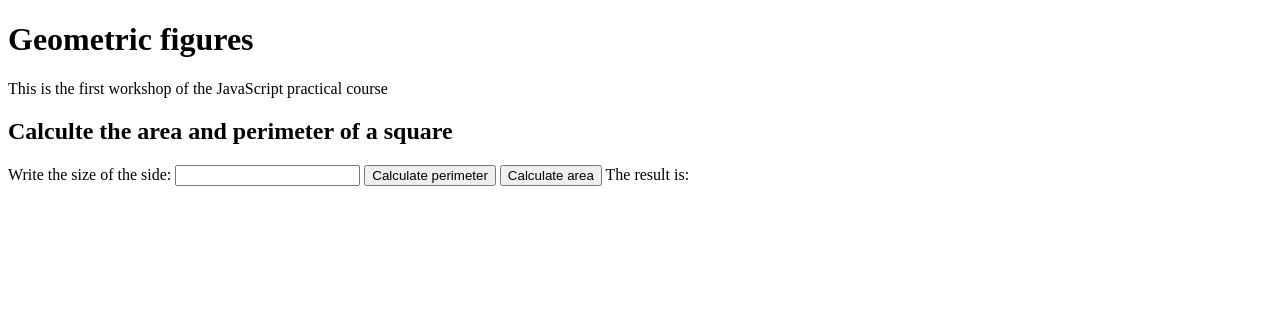
Repository: jangabe/curso-practico-javascript
Page: figures.html
The author's editor kept a copy of each file at every save. The page is drawn from the files as they stood at one save, then again after the next save.
The browser window is 1280 px wide. The pictures show the whole page.

Above is the page before, as saved 2022-06-13 20:45:51.

### figures.html
<!DOCTYPE html>
<html lang="en">
<head>
    <meta charset="UTF-8">
    <meta name="viewport" content="width=device-width, initial-scale=1.0">
    <title>Geometric figures</title>
</head>
<body>
    <header>
        <h1>Geometric figures</h1>
        <p>This is the first workshop of the JavaScript practical course</p>
    </header>
    <section>
        <h2>Calculte the area and perimeter of a square</h2>
        <form action="">
            <label for="SquareInput">Write the size of the side:</label>
            <input id="SquareInput" type="number">
            <button type="button" onclick="calculatePerimeter()">Calculate perimeter</button>
            <button type="button" onclick="calculateArea()">Calculate area</button>
            <label for="">The result is: </label> <output id="result"></output>
        </form>
    </section>

    <script src="./figures.js"></script>
</body>
</html>

### figures.js
//Code for the square
console.group("square");
//const squareSide = 5;
//console.log('The sides of the square measure: '+ squareSide);

function squarePerimeter(side){
    return side * 4;
}

//console.log('The perimeter of the square is: '+ squarePerimeter(4) +"cm");

function squareArea(side){
    return side * side;
}

//console.log('The area of the square is: '+ squareArea(5)+"cm^2");

console.groupEnd();

//Code for the triangle
/* console.group("triangle");
const triangleSide1 = 6;
const triangleSide2 = 6;
const triangleBase = 4;
console.log('The sides of the triangle measure: '+ triangleSide1+"cm, "+triangleSide2+"cm, "+triangleBase+"cm"); */


function trianglePerimeter(side1, side2, base){
    return side1 + side2 + base;
}
//console.log('The perimeter of the triangle is: '+ trianglePerimeter +"cm");

//const triangleHeight = 5.5;
//console.log('The height of the triangle is: '+triangleHeight+"cm");

function triangleArea(base, height){
    return (base * height)/2;
}
//console.log('The area of the square is: '+ triangleArea+"cm^2");
console.groupEnd();

//Code for the circle
/* console.group("circle");
const circleRadius = 4;
console.log('The radius of the circle measure: '+ circleRadius); */

//const PI = 3.1415;
const PI = Math.PI;
//console.log('The PI value is: '+PI);

function circleDiameter(radius){
    return radius * 2;
}
//console.log('The diameter of the circle is: '+ circleDiameter +"cm");

function circlePerimeter(radius){
    const diameter = circleDiameter(radius);
    return diameter * PI;
}
//console.log('The perimeter of the circle is: '+ circlePerimeter +"cm");

function circleArea(radius){
    return (radius * radius) * PI;
}
//console.log('The area of the circle is: '+ circleArea+"cm^2");

console.groupEnd();


function calculatePerimeterSquare(){
    const SquareInputValue = document.getElementById("SquareInput").value;
    const result = document.getElementById("ResultSquare");
    result.value = squarePerimeter(SquareInputValue);
}

function calculateAreaSquare(){
    const SquareInputValue = document.getElementById("SquareInput").value;
    const result = document.getElementById("ResultSquare");
    result.value = squareArea(SquareInputValue);
}

After the next save:
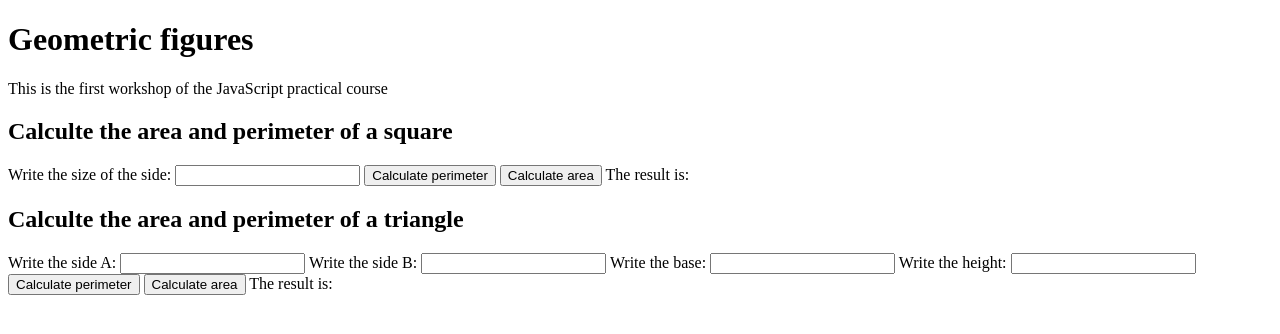
Saved 13 s later.
--- a/figures.html
+++ b/figures.html
@@ -15,6 +15,23 @@
         <form action="">
             <label for="SquareInput">Write the size of the side:</label>
             <input id="SquareInput" type="number">
+            <button type="button" onclick="calculatePerimeterSquare()">Calculate perimeter</button>
+            <button type="button" onclick="calculateAreaSquare()">Calculate area</button>
+            <label for="">The result is: </label> <output id="ResultSquare"></output>
+        </form>
+    </section>
+
+    <section>
+        <h2>Calculte the area and perimeter of a triangle</h2>
+        <form action="">
+            <label for="TriangleInputA">Write the side A:</label>
+            <input id="TriangleInputA" type="number">
+            <label for="TriangleInputB">Write the side B:</label>
+            <input id="TriangleInputB" type="number">
+            <label for="TriangleInputBase">Write the base:</label>
+            <input id="TriangleInputBase" type="number">
+            <label for="TriangleInputHeight">Write the height:</label>
+            <input id="TriangleInputHeight" type="number">
             <button type="button" onclick="calculatePerimeter()">Calculate perimeter</button>
             <button type="button" onclick="calculateArea()">Calculate area</button>
             <label for="">The result is: </label> <output id="result"></output>
